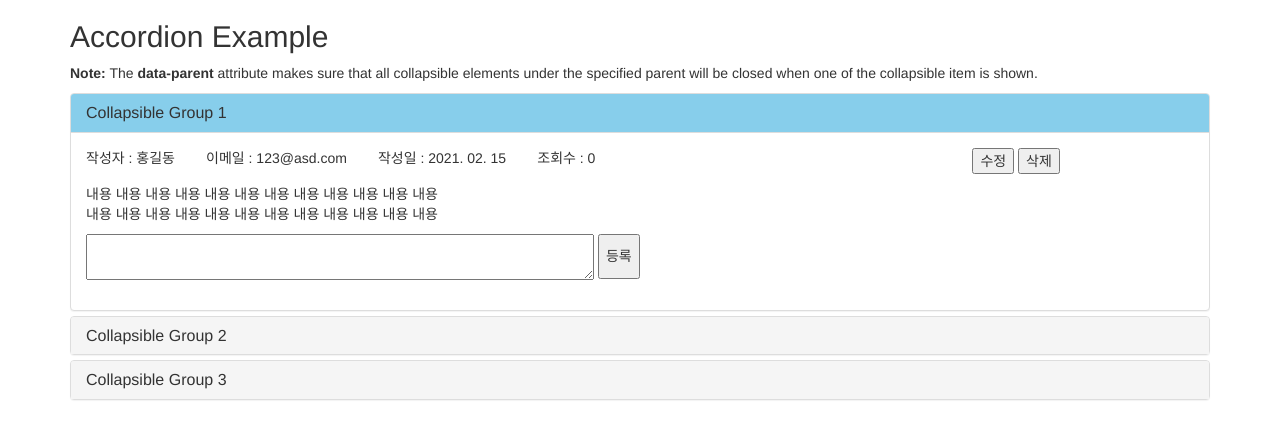
Repository: jeje0130/html
Page: board/WebContent/board/temp.html
An editor plug-in stored every save of this project. The page is shown before and after the next save, followed by the edit.
The browser window is 1280 px wide. The pictures show the whole page.
The pointer rests on the first visible `.panel-heading`.

Above is the page before, as saved 2021-02-15 03:21:04.

### board/WebContent/board/temp.html
<!DOCTYPE html>
<html lang="kr">
<head>
  <meta charset="UTF-8">
  <meta name="viewport" content="width=device-width, initial-scale=1">
  <link rel="stylesheet" href="https://maxcdn.bootstrapcdn.com/bootstrap/3.4.1/css/bootstrap.min.css">
  <script src="https://ajax.googleapis.com/ajax/libs/jquery/3.5.1/jquery.min.js"></script>
  <script src="https://maxcdn.bootstrapcdn.com/bootstrap/3.4.1/js/bootstrap.min.js"></script>

<style>
p{
	box-sizing : border-box;
}
.p1{
	width: 80%;
	float: left;
}
.p2{
	width:  20%;
	float: right;
}
.p3{
	clear: both;
}

button[name=reply]{
	height: 45px;
	vertical-align: top;
}

.panel-heading:hover{
	background: skyblue;
}

</style>
</head>
<body>

<div class="container">
  <h2>Accordion Example</h2>
  <p><strong>Note:</strong> The <strong>data-parent</strong> attribute makes sure that all collapsible elements under the specified parent will be closed when one of the collapsible item is shown.</p>
  <div class="panel-group" id="accordion">

    <div class="panel panel-default">
      <div class="panel-heading">
        <h4 class="panel-title">
          <a data-toggle="collapse" data-parent="#accordion" href="#collapse1">Collapsible Group 1</a>
        </h4>
      </div>
      <div id="collapse1" class="panel-collapse collapse in">
        <div class="panel-body">
        	<p class="p1">
        		작성자 : 홍길동  &nbsp;&nbsp;&nbsp;&nbsp;&nbsp;&nbsp;
        		이메일 : 123@asd.com &nbsp;&nbsp;&nbsp;&nbsp;&nbsp;&nbsp;
        		작성일 : 2021. 02. 15 &nbsp;&nbsp;&nbsp;&nbsp;&nbsp;&nbsp;
        		조회수 : 0
        	</p>

        	<p class="p2">
        		<button type="button" name="modify" class="action">수정</button>
        		<button type="button" name="delete" class="action">삭제</button>
        	</p>

        	<p class="p3">
        		내용 내용 내용 내용 내용 내용 내용 내용 내용 내용 내용 내용 <br>
        		내용 내용 내용 내용 내용 내용 내용 내용 내용 내용 내용 내용 <br>
        	</p>

        	<p class="p4">
        		<textarea cols="60"></textarea>
        		<button type="button" name="reply" class="action">등록</button>
        	</p>

        </div>
      </div>
    </div>

    <div class="panel panel-default">
      <div class="panel-heading">
        <h4 class="panel-title">
          <a data-toggle="collapse" data-parent="#accordion" href="#collapse2">Collapsible Group 2</a>
        </h4>
      </div>
      <div id="collapse2" class="panel-collapse collapse">
        <div class="panel-body">
        	<p class="p1">
        		작성자 : 홍길동  &nbsp;&nbsp;&nbsp;&nbsp;&nbsp;&nbsp;
        		이메일 : 123@asd.com &nbsp;&nbsp;&nbsp;&nbsp;&nbsp;&nbsp;
        		작성일 : 2021. 02. 15 &nbsp;&nbsp;&nbsp;&nbsp;&nbsp;&nbsp;
        		조회수 : 0
        	</p>

        	<p class="p2">
        		<button type="button" name="modify" class="action">수정</button>
        		<button type="button" name="delete" class="action">삭제</button>
        	</p>

        	<p class="p3">
        		내용 내용 내용 내용 내용 내용 내용 내용 내용 내용 내용 내용 <br>
        		내용 내용 내용 내용 내용 내용 내용 내용 내용 내용 내용 내용 <br>
        	</p>

        	<p class="p4">
        		<textarea cols="60"></textarea>
        		<button type="button" name="reply" class="action">등록</button>
        	</p>
        </div>
      </div>
    </div>

    <div class="panel panel-default">
      <div class="panel-heading">
        <h4 class="panel-title">
          <a data-toggle="collapse" data-parent="#accordion" href="#collapse3">Collapsible Group 3</a>
        </h4>
      </div>
      <div id="collapse3" class="panel-collapse collapse">
        <div class="panel-body">
        	<p class="p1">
        		작성자 : 홍길동  &nbsp;&nbsp;&nbsp;&nbsp;&nbsp;&nbsp;
        		이메일 : 123@asd.com &nbsp;&nbsp;&nbsp;&nbsp;&nbsp;&nbsp;
        		작성일 : 2021. 02. 15 &nbsp;&nbsp;&nbsp;&nbsp;&nbsp;&nbsp;
        		조회수 : 0
        	</p>

        	<p class="p2">
        		<button type="button" name="modify" class="action">수정</button>
        		<button type="button" name="delete" class="action">삭제</button>
        	</p>

        	<p class="p3">
        		내용 내용 내용 내용 내용 내용 내용 내용 내용 내용 내용 내용 <br>
        		내용 내용 내용 내용 내용 내용 내용 내용 내용 내용 내용 내용 <br>
        	</p>

        	<p class="p4">
        		<textarea cols="60"></textarea>
        		<button type="button" name="reply" class="action">등록</button>
        	</p>
        </div>
      </div>
    </div>


  </div>
</div>

</body>
</html>

After the next save:
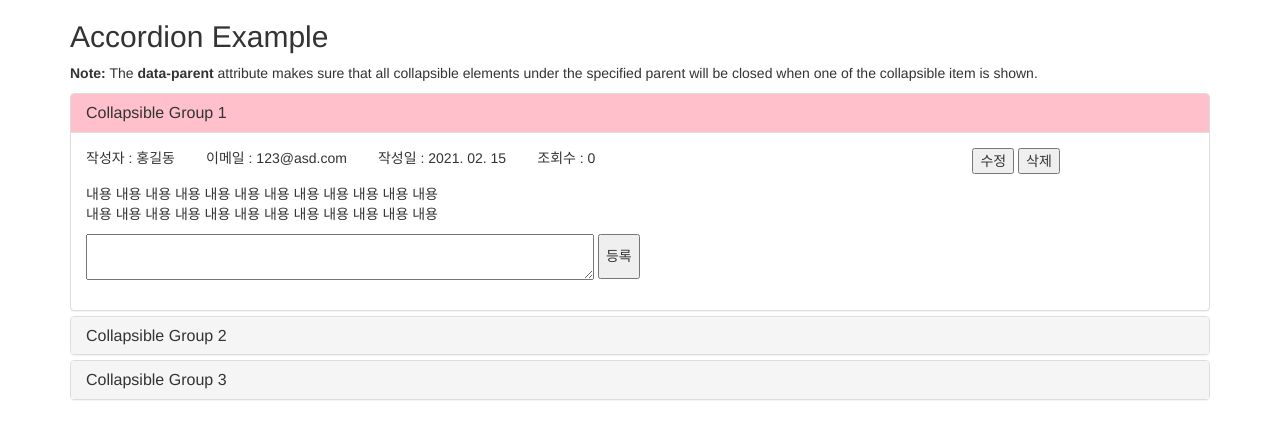
Saved 13 s later.
--- a/board/WebContent/board/temp.html
+++ b/board/WebContent/board/temp.html
@@ -29,7 +29,7 @@ button[name=reply]{
 }
 
 .panel-heading:hover{
-	background: skyblue;
+	background: pink;
 }
 
 </style>
